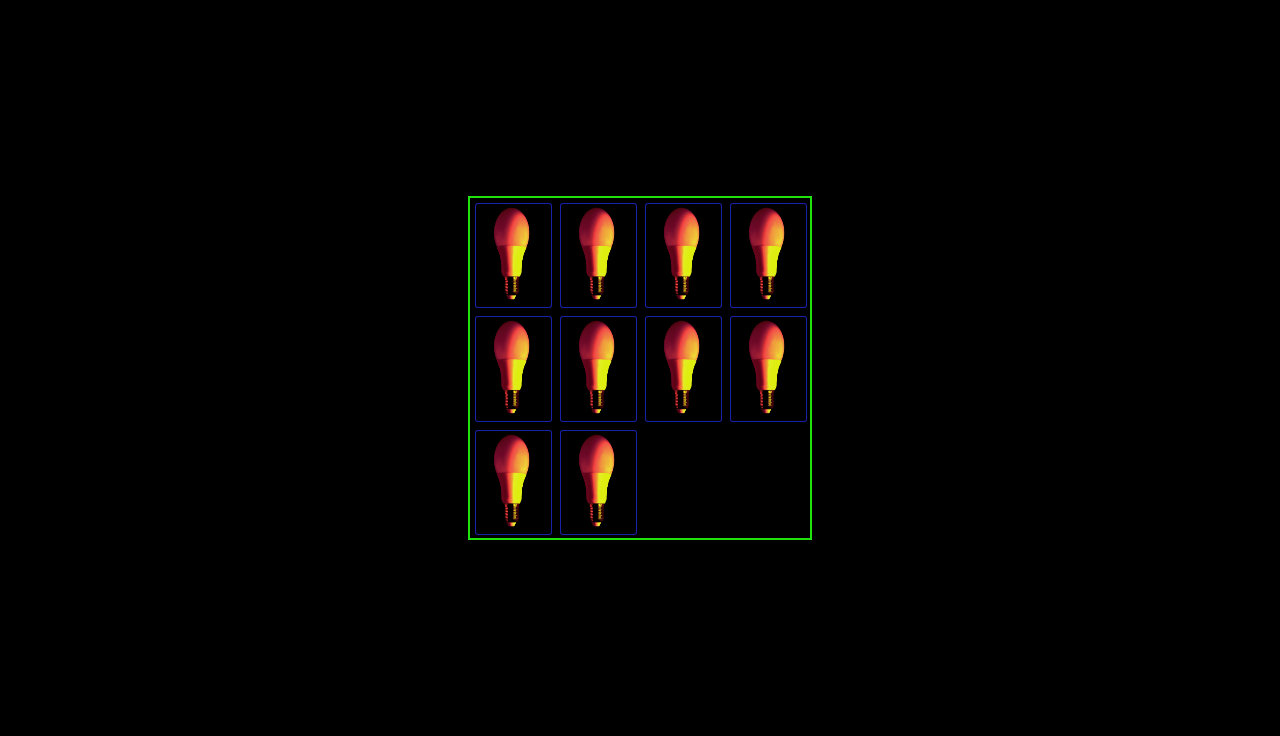
Repository: suzanaferreira/memory-game-project
Page: index.html
The author's editor kept a record of every edit. The page is drawn from the files as they stood at one moment, then again after the next edit.
The browser window is 1280 px wide. The pictures show the whole page.

Above is the page before.
Console error: SyntaxError: Unexpected end of input

After the next edit:
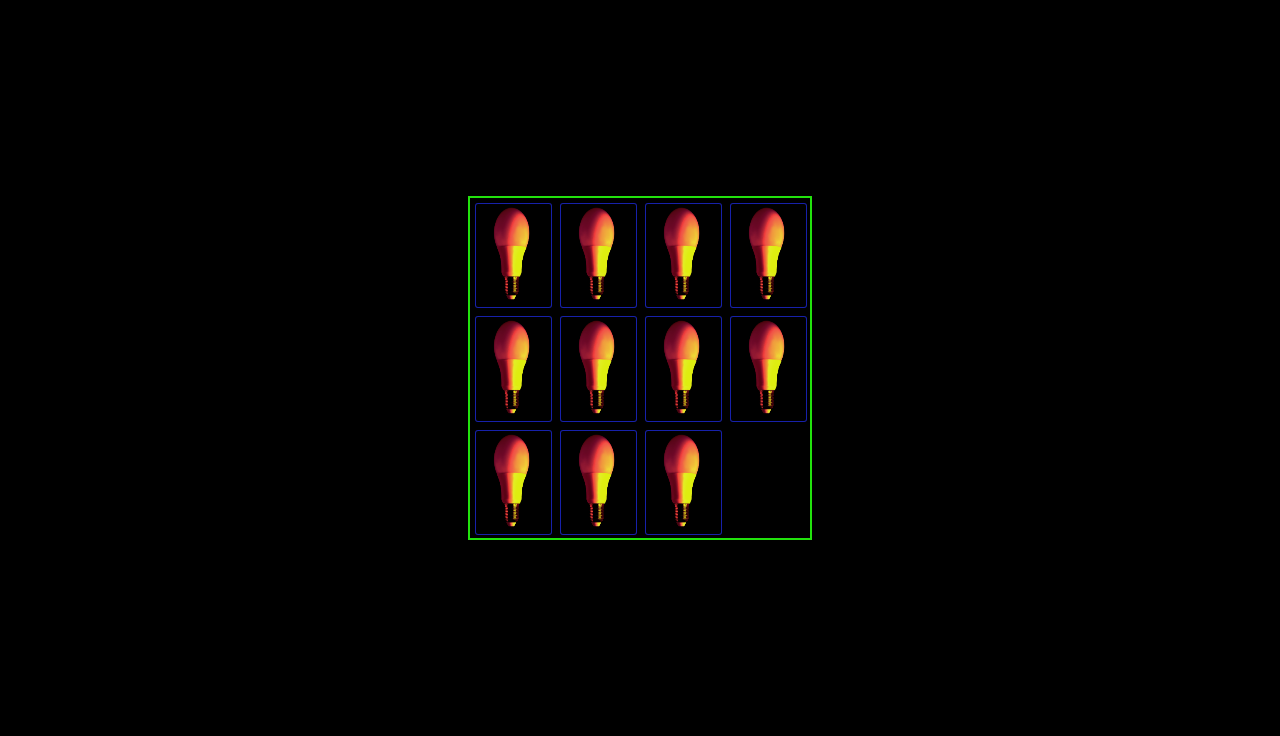
The edit:
--- a/index.html
+++ b/index.html
@@ -52,6 +52,11 @@
             <img class="cover-side" src="img/lamp.jpg" alt="lamp" />
         </div>
         <div class="cards">
+            <img class="revelead-pic" src="img/pic5.jpg" alt="circle" />
+            <img class="cover-side" src="img/lamp.jpg" alt="lamp" />
+        </div>
+
+        <div class="cards">
             <img class="revelead-pic" src="img/pic6.jpg" alt="hello" />
             <img class="cover-side" src="img/lamp.jpg" alt="lamp" />
         </div>
